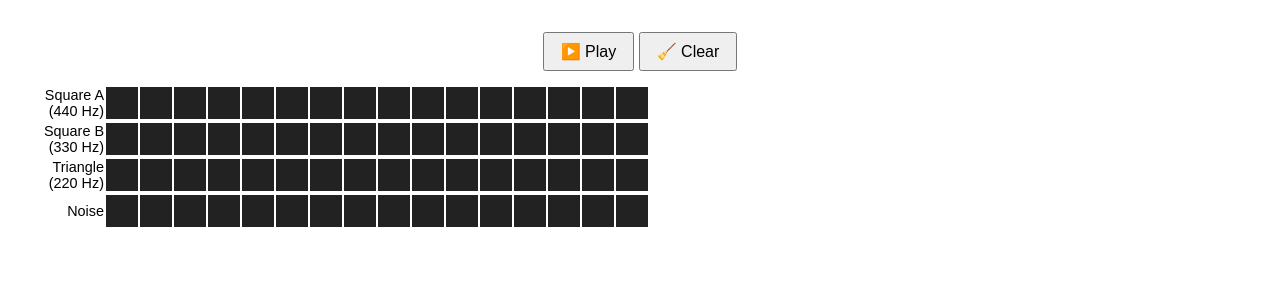
Repository: Aldentec/8-bit-Composer
Page: index.html
An editor plug-in stored every save of this project. The page is shown before and after the next save, followed by the edit.
The browser window is 1280 px wide. The pictures show the whole page.
Some web libraries are served in a nearby version.

Above is the page before, as saved 2025-05-28 08:46:06.

### index.html
<!DOCTYPE html>
<html lang="en">
<head>
  <meta charset="UTF-8">
  <title>Modular 8-Bit Sequencer</title>
  <link rel="stylesheet" href="style.css">
</head>
<body>
  <div id="controls">
    <button id="play">▶️ Play</button>
    <button id="clear">🧹 Clear</button>
  </div>

  <div id="grid"></div>

  <!-- Tone.js as global, then our modules -->
  <script src="node_modules/tone/build/Tone.js"></script>
  <script type="module" src="js/main.js"></script>
</body>
</html>

### style.css
body {
  font-family: sans-serif;
  margin: 2rem;
  text-align: center;
}

#grid {
  display: flex;
  flex-direction: column;
  gap: 4px;
  margin-top: 1rem;

  /* enable horizontal scrolling when rows get wider than the viewport */
  overflow-x: auto;
  padding-bottom: 0.5rem;
}


/* 2) Each row is itself a grid: [label][cell×16] */
.grid-row {
  display: grid;
  grid-template-columns: 4.5rem repeat(16, 2rem);
  gap: 2px;
  align-items: center;
}

/* 3) Label column styling */
.row-label {
  text-align: right;
  font-size: 0.9rem;
  user-select: none;
}

/* 4) Your cell styles */
.cell {
  width: 2rem;
  height: 2rem;
  background: #222;
  cursor: pointer;
}
.cell.active {
  background: #4caf50;
}

/* 5) Play button */
button {
  padding: 0.5rem 1rem;
  font-size: 1rem;
}

### js/main.js
import { initGrid, clearGrid }               from './grid.js';
import { createVoices }           from './voices.js';
import { initSequencer, bindPlayButton } from './sequencer.js';

document.addEventListener('DOMContentLoaded', () => {
  // 1) instrument names (one per row)
  const instrumentNames = [
    'Square A (440 Hz)',
    'Square B (330 Hz)',
    'Triangle (220 Hz)',
    'Noise'
  ];

  // 2) draw the labeled grid
  initGrid('grid', instrumentNames);

  // 3) build voices and sequencer
  const voices = createVoices();
  initSequencer(voices, 120);

  // 4) wire up Play/Pause
  bindPlayButton('play');
   document.getElementById('clear').addEventListener('click', () => {
    clearGrid();
    // If you’re playing, you might also reset the playhead:
    Tone.Transport.position = 0;
  });
});

### js/grid.js
// these will be set when initGrid runs
export let STEPS = 16;
export let CHANNELS = 0;

// gridState[row][step] = boolean
export let gridState = [];

/**
 * Renders a labeled, scrollable sequencer grid.
 *
 * @param {string} containerId       id of the <div> to fill
 * @param {string[]} instrumentNames names for each row
 * @param {number} steps             number of columns (length of your song)
 */
export function initGrid(containerId, instrumentNames = [], steps = 16) {
  CHANNELS = instrumentNames.length;
  STEPS    = steps;

  // rebuild state
  gridState = Array.from(
    { length: CHANNELS },
    () => Array(STEPS).fill(false)
  );

  const container = document.getElementById(containerId);
  container.innerHTML = '';

  instrumentNames.forEach((name, row) => {
    // row wrapper: label + STEP cells
    const rowEl = document.createElement('div');
    rowEl.className = 'grid-row';
    // dynamically size columns: 4.5rem for the label, then STEPS × 2rem
    rowEl.style.gridTemplateColumns = `4.5rem repeat(${STEPS}, 2rem)`;

    // instrument label
    const label = document.createElement('div');
    label.className = 'row-label';
    label.textContent = name || '';
    rowEl.append(label);

    // sequencer steps
    for (let step = 0; step < STEPS; step++) {
      const cell = document.createElement('div');
      cell.className = 'cell';
      cell.dataset.row  = row;
      cell.dataset.step = step;
      cell.addEventListener('click', () => {
        gridState[row][step] = !gridState[row][step];
        cell.classList.toggle('active', gridState[row][step]);
      });
      rowEl.append(cell);
    }

    container.append(rowEl);
  });
}

/**
 * Clears all active steps in both state and UI.
 */
export function clearGrid() {
  // reset state
  gridState.forEach(rowArr => rowArr.fill(false));

  // reset UI
  document
    .querySelectorAll('.cell.active')
    .forEach(cell => cell.classList.remove('active'));
}

### js/voices.js
/**
 * Returns an array of trigger-functions
 * in the same order as your rows.
 */
export function createVoices() {
  const osc1 = new Tone.Oscillator(440, 'square').toDestination();
  const osc2 = new Tone.Oscillator(330, 'square').toDestination();
  const osc3 = new Tone.Oscillator(220, 'triangle').toDestination();
  const noise = new Tone.NoiseSynth({
    noise:    { type: 'white' },
    envelope: { attack: 0.001, decay: 0.2, sustain: 0 }
  }).toDestination();

  return [
    time => { osc1.start(time); osc1.stop(time + 0.1); },
    time => { osc2.start(time); osc2.stop(time + 0.1); },
    time => { osc3.start(time); osc3.stop(time + 0.1); },
    time => { noise.triggerAttackRelease('16n', time); }
  ];
}

### js/sequencer.js
import { STEPS, gridState } from './grid.js';

export function initSequencer(voices, bpm = 120) {
  let cursor = 0;
  Tone.Transport.bpm.value = bpm;

  Tone.Transport.scheduleRepeat((time) => {
    const step = cursor % STEPS;
    voices.forEach((trigger, row) => {
      if (gridState[row][step]) trigger(time);
    });
    cursor++;
  }, '16n');
}

export function bindPlayButton(buttonId) {
  const btn = document.getElementById(buttonId);
  btn.textContent = '▶️ Play';
  btn.addEventListener('click', async () => {
    await Tone.start();
    if (Tone.Transport.state === 'started') {
      Tone.Transport.stop();
      btn.textContent = '▶️ Play';
    } else {
      Tone.Transport.start();
      btn.textContent = '⏸️ Pause';
    }
  });
}

After the next save:
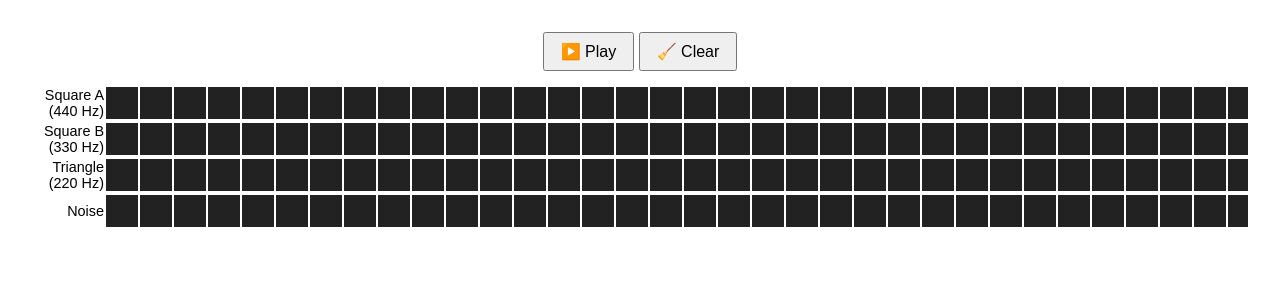
Saved 68 s later.
--- a/js/main.js
+++ b/js/main.js
@@ -12,7 +12,7 @@ document.addEventListener('DOMContentLoaded', () => {
   ];
 
   // 2) draw the labeled grid
-  initGrid('grid', instrumentNames);
+  initGrid('grid', instrumentNames, /* steps= */ 64);
 
   // 3) build voices and sequencer
   const voices = createVoices();
@@ -20,9 +20,5 @@ document.addEventListener('DOMContentLoaded', () => {
 
   // 4) wire up Play/Pause
   bindPlayButton('play');
-   document.getElementById('clear').addEventListener('click', () => {
-    clearGrid();
-    // If you’re playing, you might also reset the playhead:
-    Tone.Transport.position = 0;
-  });
+  document.getElementById('clear').addEventListener('click', clearGrid);
 });
